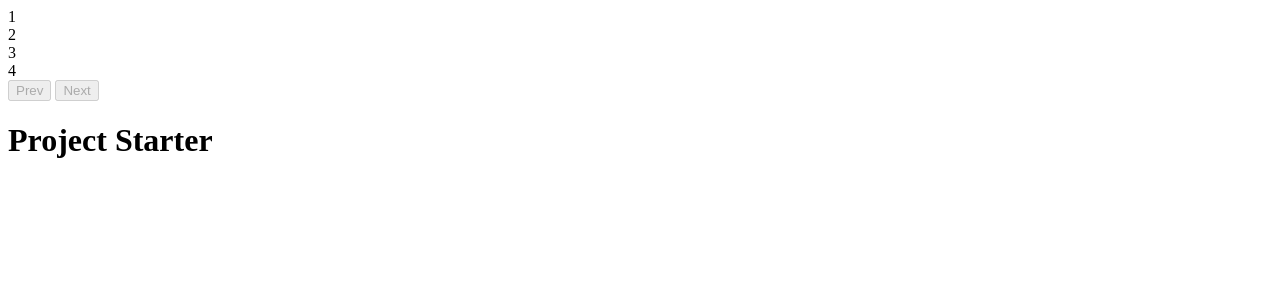
Repository: Williamlmachado/Progress-steps
Page: index.html
The author's editor kept a copy of each file at every save. The page is drawn from the files as they stood at one save, then again after the next save.
The browser window is 1280 px wide. The pictures show the whole page.
Some web fonts or font styles are not loaded; a fallback is used.

Above is the page before, as saved 2021-08-11 09:26:43.

### index.html
<!DOCTYPE html>
<html lang="en">
    <head>
        <meta charset="UTF-8">
        <meta name="viewport" content="width=device=width, initial-scale=1.0"/>
        <link rel="stylesheet" href="style.css"/>
        <title>Progress Steps</title>
    </head>
    <body>
        <div class="container">
            <div class="progress-container">
                <div class="progress" id="progress"></div>
                <div class="circle active">1</div>
                <div class="circle">2</div>
                <div class="circle">3</div>
                <div class="circle">4</div>
            </div>
            <button class="btn" id="prev" disabled>Prev</button>
            <button class="btn" id="prev" disabled>Next</button>
        </div>
        <h1>Project Starter</h1>
        <script src="script.js"></script>
    </body>
</html>

### style.css
@import url('https://font.googleapis.com/css?family=Muli&display=swap');

*{
    box-sizing: border-box;
}
body{
    font-family: 'Muli',;
}

Loaded but not shown: script.js (no copy from this time; the picture is the same without it)

After the next save:
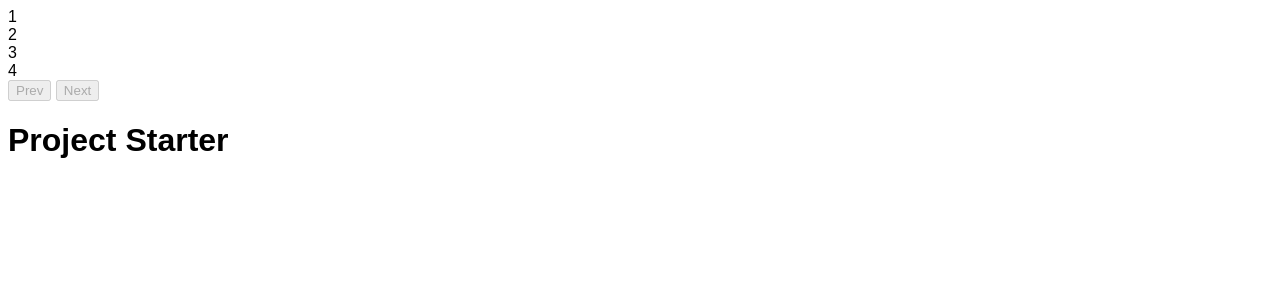
Saved 7 s later.
--- a/style.css
+++ b/style.css
@@ -4,5 +4,6 @@
     box-sizing: border-box;
 }
 body{
-    font-family: 'Muli',;
+    font-family: 'Muli',sans-serif;
+
 }
